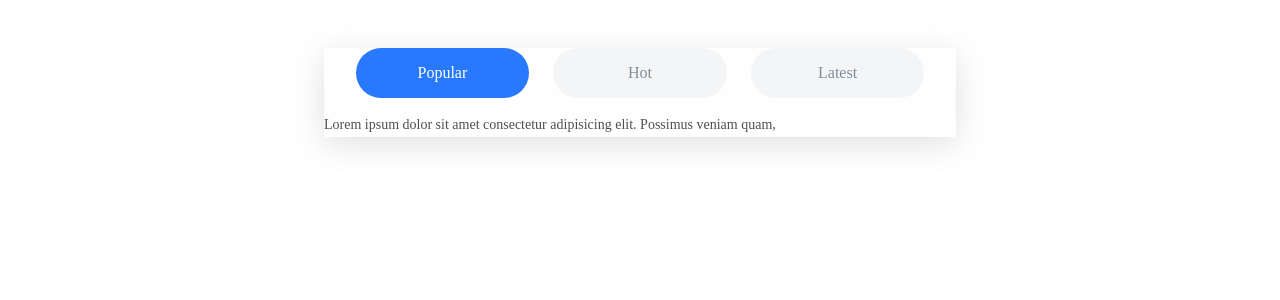
Repository: tungts3qb/Javascript
Page: tab.html
These files come from the project's save history. The page is drawn as it stood at one moment and after the next save; the edit follows.
The browser window is 1280 px wide. The pictures show the whole page.

Above is the page before, as saved 2022-12-25 01:09:06.

After the next save:
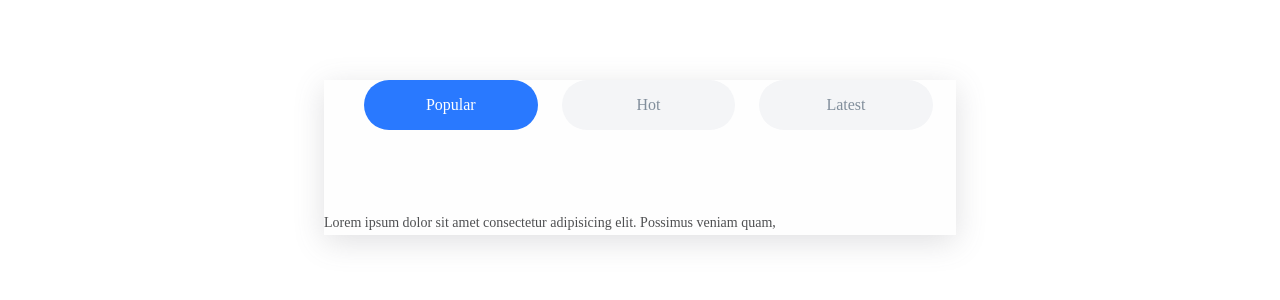
Saved 23 s later.
--- a/style.css
+++ b/style.css
@@ -75,8 +75,9 @@
 .tab-list {
   display: flex;
   justify-content: space-between;
-  /* margin: 5rem 2.5rem; */
-  margin: 0 auto;
+  margin: 5rem 2.5rem;
+  /* margin: 0 auto; */
+
   width: 90%;
 
   /* height: 40px;
